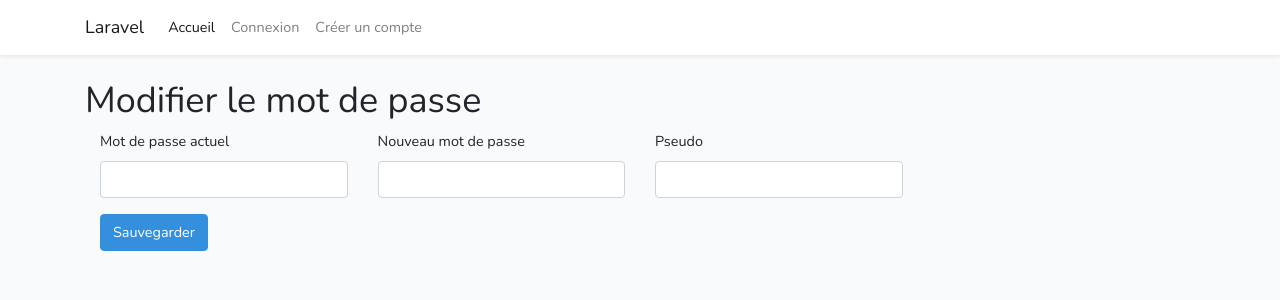
Repository: ypiard85/laravel-social-app
Page: resources/views/user/passwordedit.blade.php
An editor plug-in stored every save of this project. The page is shown before and after a run of saves, followed by the edit.
The browser window is 1280 px wide. The pictures show the whole page.
The page is served by the project's Laravel application, run on PHP 8.4 with Laravel 8. Other server files are loaded and not shown. The template is opened directly, without the code that normally fills it, so the values that code supplies are empty.

Above is the page before, as saved 2021-06-28 15:17:40.

### routes/web.php
<?php

use Illuminate\Support\Facades\Auth;
use Illuminate\Support\Facades\Route;
use App\Http\Controllers\TestController;
use App\Http\Controllers\UsersController;

/*
|--------------------------------------------------------------------------
| Web Routes
|--------------------------------------------------------------------------
|
| Here is where you can register web routes for your application. These
| routes are loaded by the RouteServiceProvider within a group which
| contains the "web" middleware group. Now create something great!
|
*/

Route::get('/', function () {
    return view('welcome');
});

Auth::routes();

Route::get('/user/show/{user}',  [App\Http\Controllers\UsersController::class, 'show'])->name('user_show');

Route::get('/user/edit/{user}',  [App\Http\Controllers\UsersController::class, 'edit'])->name('user_edit');

Route::get('/user/edit/password/{user}',  [App\Http\Controllers\UsersController::class, 'editPassWord'])->name('user_edit');

Route::put('/user/edit/{user}',  [App\Http\Controllers\UsersController::class, 'update'])->name('user_update');

Route::put('/user/edit/password/{user}',  [App\Http\Controllers\UsersController::class, 'update'])->name('user_update_password');

Route::get('/home', [App\Http\Controllers\HomeController::class, 'index'])->name('home');

### resources/views/user/passwordedit.blade.php
@extends('layouts.app')


@section('content')

    <div class="container">
        <h1>Modifier le mot de passe</h1>
        <form action="{{ route('user_update', $user ) }}" method="POST" >
            @method('PUT')
            <div class="container">
                <div class="row">
                    <div class="col-md-3 mb-3">
                        <label for="prenom">Mot de passe actuel</label>
                        <input class="form-control" type="password" name="password_actual" >
                    </div>
                    <div class="col-md-3 mb-3">
                        <label for="nom">Nouveau mot de passe</label>
                        <input class="form-control" type="password" name="password" >
                    </div>
                    <div class="col-md-3 mb-3">
                        <label for="pseudo">Pseudo</label>
                        <input class="form-control" type="text" name="password_confirm">
                    </div>
                </div>
                <button class="btn btn-primary" type="submit">Sauvegarder</button>
            </div>
            @csrf

        </form>
    </div>

@endsection

### resources/views/layouts/app.blade.php
<!doctype html>
<html lang="{{ str_replace('_', '-', app()->getLocale()) }}">
<head>
    <meta charset="utf-8">
    <meta name="viewport" content="width=device-width, initial-scale=1">

    <!-- CSRF Token -->
    <meta name="csrf-token" content="{{ csrf_token() }}">

    <title>{{ config('app.name', 'Laravel') }}</title>

    <!-- Scripts -->
    <script src="{{ asset('js/app.js') }}" defer></script>

    <!-- Fonts -->
    <link href="https://cdn.jsdelivr.net/npm/bootstrap@5.0.1/dist/css/bootstrap.min.css" rel="stylesheet" integrity="sha384-+0n0xVW2eSR5OomGNYDnhzAbDsOXxcvSN1TPprVMTNDbiYZCxYbOOl7+AMvyTG2x" crossorigin="anonymous">
    <link rel="dns-prefetch" href="//fonts.gstatic.com">
    <link href="https://fonts.googleapis.com/css?family=Nunito" rel="stylesheet">

    <!-- Styles -->
    <link href="{{ asset('css/app.css') }}" rel="stylesheet">
</head>
<body>
    <div id="app">
        <nav class="navbar navbar-expand-md navbar-light bg-white shadow-sm">
            <div class="container">

                <a class="navbar-brand" href="#">{{ config('app.name', 'Laravel') }}</a>
                <button class="navbar-toggler" type="button" data-toggle="collapse" data-target="#navbarSupportedContent" aria-controls="navbarSupportedContent" aria-expanded="false" aria-label="Toggle navigation">
                    <span class="navbar-toggler-icon"></span>
                </button>

                <div class="collapse navbar-collapse" id="navbarSupportedContent">
                    <ul class="navbar-nav mr-auto">
                        <li class="nav-item active">
                            <a class="nav-link" href="{{ route('home') }}">Accueil <span class="sr-only">(current)</span></a>
                        </li>
                        @if(Auth::user())
                        <li class="nav-item dropdown">
                            <a class="nav-link dropdown-toggle" href="#" id="navbarDropdown" role="button" data-toggle="dropdown" aria-haspopup="true" aria-expanded="false">
                                {{ Auth::user()->pseudo }}
                            </a>
                            <div class="dropdown-menu" aria-labelledby="navbarDropdown">
                                <a class="dropdown-item" href="{{ route('user_show',  Auth::user() ) }}">Profil</a>
                                <a class="dropdown-item" href="{{ route('logout') }}"
                                       onclick="event.preventDefault();
                                                     document.getElementById('logout-form').submit();">
                                        {{ __('Logout') }}
                                    </a>

                                    <form id="logout-form" action="{{ route('logout') }}" method="POST" class="d-none">
                                        @csrf
                                    </form>
                            </div>
                        </li>
                        @else
                        <li class="nav-item">
                            <a class="nav-link" href="{{ route('login') }}">Connexion</a>
                        </li>
                        <li class="nav-item">
                            <a class="nav-link" href="{{ route('register') }}">Créer un compte</a>
                        </li>
                        @endif
                    </ul>
                </div>
            </nav>
            <main class="py-4">
                @yield('content')
            </main>
        </div>
</html>

Loaded but not shown: app/Providers/AppServiceProvider.php (common file); app/Http/Controllers/Auth/ConfirmPasswordController.php (common file); app/Http/Controllers/Controller.php (common file); public/css/app.css (library)

After the next 2 saves:
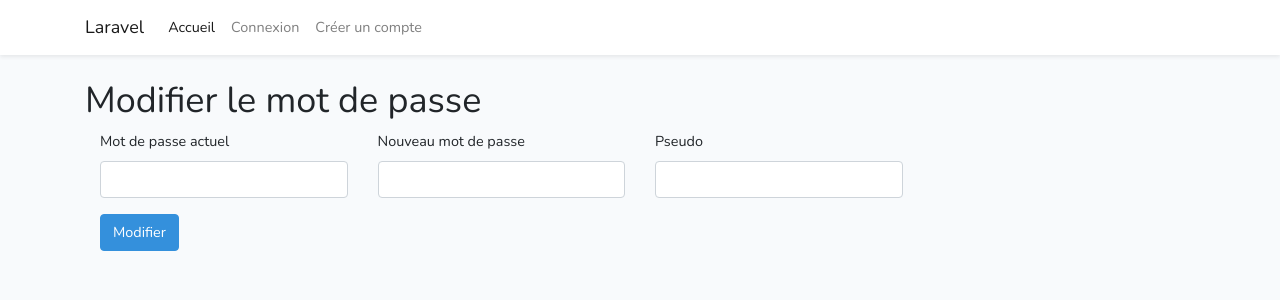
The 2 saves are shown as one change because they came seconds apart.
The last was saved 8 s later.
--- a/resources/views/user/passwordedit.blade.php
+++ b/resources/views/user/passwordedit.blade.php
@@ -22,7 +22,7 @@
                         <input class="form-control" type="text" name="password_confirm">
                     </div>
                 </div>
-                <button class="btn btn-primary" type="submit">Sauvegarder</button>
+                <button class="btn btn-primary" type="submit">Modifier</button>
             </div>
             @csrf
 
